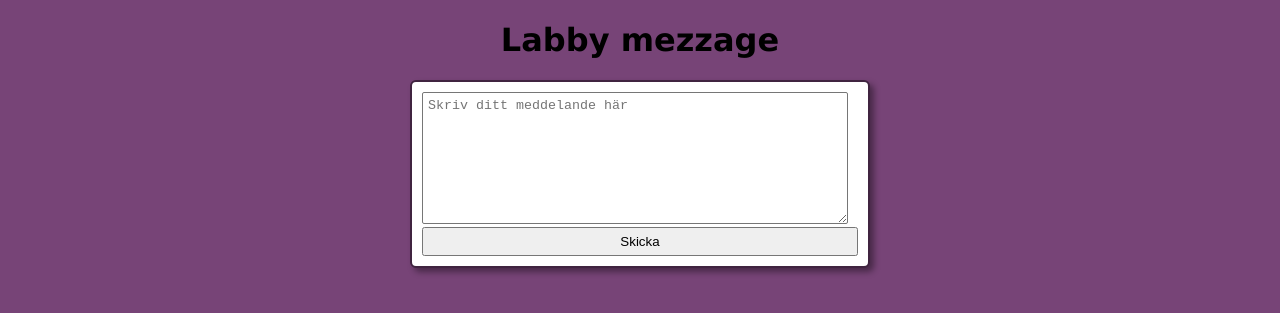
Repository: jk222rp/1dv403-laborationer
Page: 2-labbymezzage/index.html
The author's editor kept a record of every edit. The page is drawn from the files as they stood at one moment, then again after the next edit.
The browser window is 1280 px wide. The pictures show the whole page.

Above is the page before.

### 2-labbymezzage/index.html
<!doctype html>
<html lang="sv">
    <head>
        <meta charset="UTF-8" />
        <title>Labbymezzage</title>

        <link rel="stylesheet" type="text/css" href="css/style.css" />

        <script src="js/Message.js"></script>
        <script src="js/MessageBoard.js"></script>
    </head>
    <body>
        <div id="container">
            <div id="header">
                <h1>Labby mezzage</h1>
            </div>
            <div id="content">
                <div id="theMessages">

                </div>
                <textarea placeholder="Skriv ditt meddelande här" id="aMessage" name="aMessage"></textarea>
                <button type="submit">Skicka</button>
            </div>
        </div>
    </body>
</html>

### 2-labbymezzage/css/style.css
/* http://meyerweb.com/eric/tools/css/reset/
   v2.0 | 20110126
   License: none (public domain)
*/

html, body, div, span, applet, object, iframe,
h1, h2, h3, h4, h5, h6, p, blockquote, pre,
a, abbr, acronym, address, big, cite, code,
del, dfn, em, img, ins, kbd, q, s, samp,
small, strike, strong, sub, sup, tt, var,
b, u, i, center,
dl, dt, dd, ol, ul, li,
fieldset, form, label, legend,
table, caption, tbody, tfoot, thead, tr, th, td,
article, aside, canvas, details, embed,
figure, figcaption, footer, header, hgroup,
menu, nav, output, ruby, section, summary,
time, mark, audio, video {
	margin: 0;
	padding: 0;
	border: 0;
	font-size: 100%;
	font: inherit;
	vertical-align: baseline;
}
/* HTML5 display-role reset for older browsers */
article, aside, details, figcaption, figure,
footer, header, hgroup, main, menu, nav, section {
	display: block;
}
body {
	line-height: 1;
}
ol, ul {
	list-style: none;
}
blockquote, q {
	quotes: none;
}
blockquote:before, blockquote:after,
q:before, q:after {
	content: '';
	content: none;
}
table {
	border-collapse: collapse;
	border-spacing: 0;
}

/*END OF RESET*/

/*START OF STYLE*/

/*COLORS
    Background: #747 (light purple)
    Content background: #fff (white)
    Header text: #000 (black)
    Borders: #402440 (dark purple)
    #888 (gray)
*/


body {
    background-color: #747;
    font-size: 1em;
}

#container {
    margin: 0 auto;
    max-width: 480px;
}

#header {
    height: 60px;
    margin: 10px;
}

h1 {
    color: #000;
    font-family: Verdana, arial, sans-serif;
    font-size: 2em;
    font-weight: bold;
    line-height: 60px;
    text-align: center;
}

#content {
    background-color: #fff;
    border: 2px solid #402440;
    border-radius: 6px;
    box-shadow: 4px 4px 6px rgba(0, 0, 0, 0.4);
    margin: 10px;
    padding: 10px;
}

textarea {
    width: calc(100% - 22px);
    border-radius: 2px;
    height: 120px;
    padding: 5px;
}

button {
    padding: 5px;
    width: 100%;
}

button:hover {
    font-weight: bold;
}

### 2-labbymezzage/js/Message.js
"use strict"

function Message(message, date){

    this.getMessage = function() {
        return message;
    };

    this.setMessage = function(_message) {
        message = _message;
    };

    this.getDate = function() {
        return date;
    };

    this.setDate = function(_date) {
        date = _date;
    };
}

Message.prototype.getHTMLText = function() {
    return this.getMessage().replace("\n", "<br />");
};

Message.prototype.toString = function() {
    return this.getMessage() + " (" + this.getDate() + ")";
};

### 2-labbymezzage/js/MessageBoard.js
"use strict"

var MessageBoard = {

    messages:[],

    init:function() {

    }
};

window.onload = MessageBoard.init;

After the next edit:
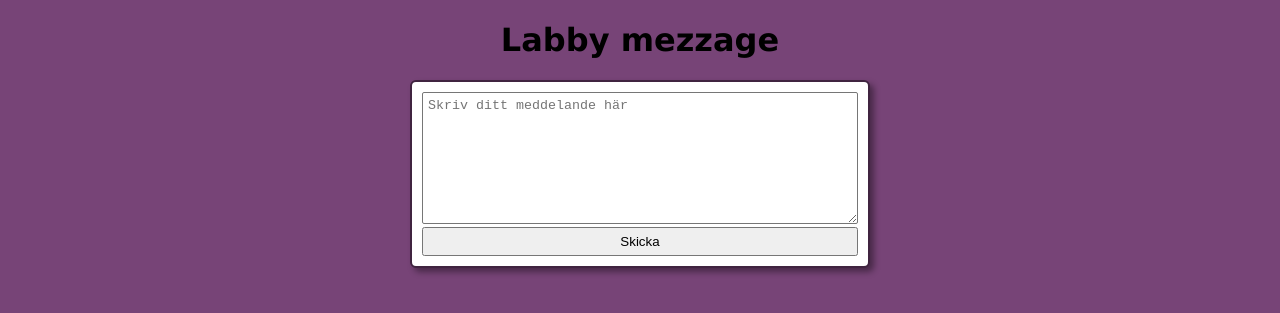
The edit:
--- a/2-labbymezzage/css/style.css
+++ b/2-labbymezzage/css/style.css
@@ -94,7 +94,7 @@
 }
 
 textarea {
-    width: calc(100% - 22px);
+    width: calc(100% - 12px);
     border-radius: 2px;
     height: 120px;
     padding: 5px;
